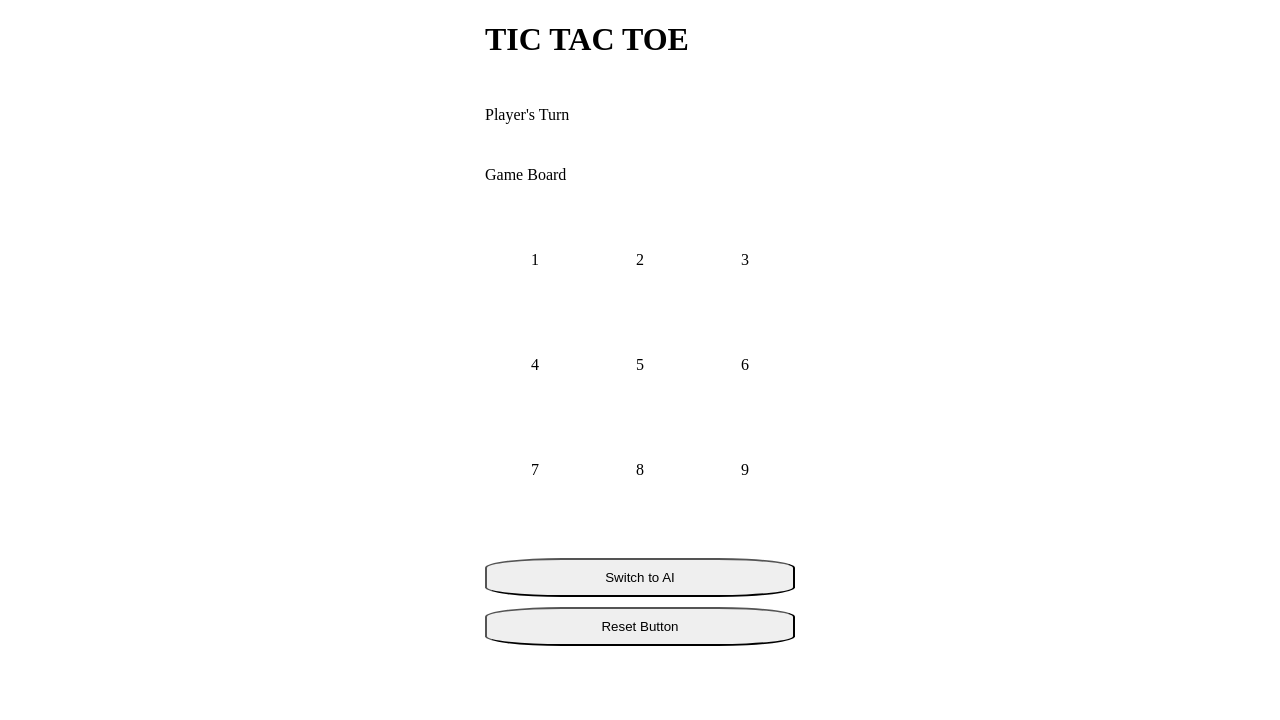
Repository: Yash19075/TicTacToe-game
Page: TicTacToe.html
An editor plug-in stored every save of this project. The page is shown before and after the next save, followed by the edit.
The browser window is 1280 px wide. The pictures show the whole page.

Above is the page before, as saved 2025-03-08 23:01:32.

### TicTacToe.html
<!DOCTYPE html>
<html lang="en">
<head>
    <meta charset="UTF-8">
    <meta name="viewport" content="width=device-width, initial-scale=1.0">
    <title>TicTacToe</title>
    <link rel="stylesheet" href="TicTacToe.css">
</head>
<body>
    <h1>TIC TAC TOE</h1>

    <p>Player's Turn</p>

    <p>Game Board</p>
    <div class="css-board">
        <div class="css-cell">1</div>
        <div class="css-cell">2</div>
        <div class="css-cell">3</div>
        <div class="css-cell">4</div>
        <div class="css-cell">5</div>
        <div class="css-cell">6</div>
        <div class="css-cell">7</div>
        <div class="css-cell">8</div>
        <div class="css-cell">9</div>
    </div>
    <br>
    <button class="css-switchButton">Switch to AI</button>
    <button class="css-resetButton">Reset Button</button>
</body>
</html>

### TicTacToe.css
body {
    justify-content: center;
    align-items: center;
    display: grid;
    height: 100px;
    margin: 0;
    gap: 10px;
}

.css-board {
    display: grid;
    grid-template-columns: repeat(3, 100px);
    grid-template-rows: repeat(3, 100px);
    gap: 5px;
    align-items: center;
}

.css-board div {
    display: flex;
    justify-content: center;
    align-items: center;
}

.css-switchButton {
    padding: 10px 20px;
    border-radius: 25%;
}

.css-resetButton {
    padding: 10px 20px;
    border-radius: 25%;
}

After the next save:
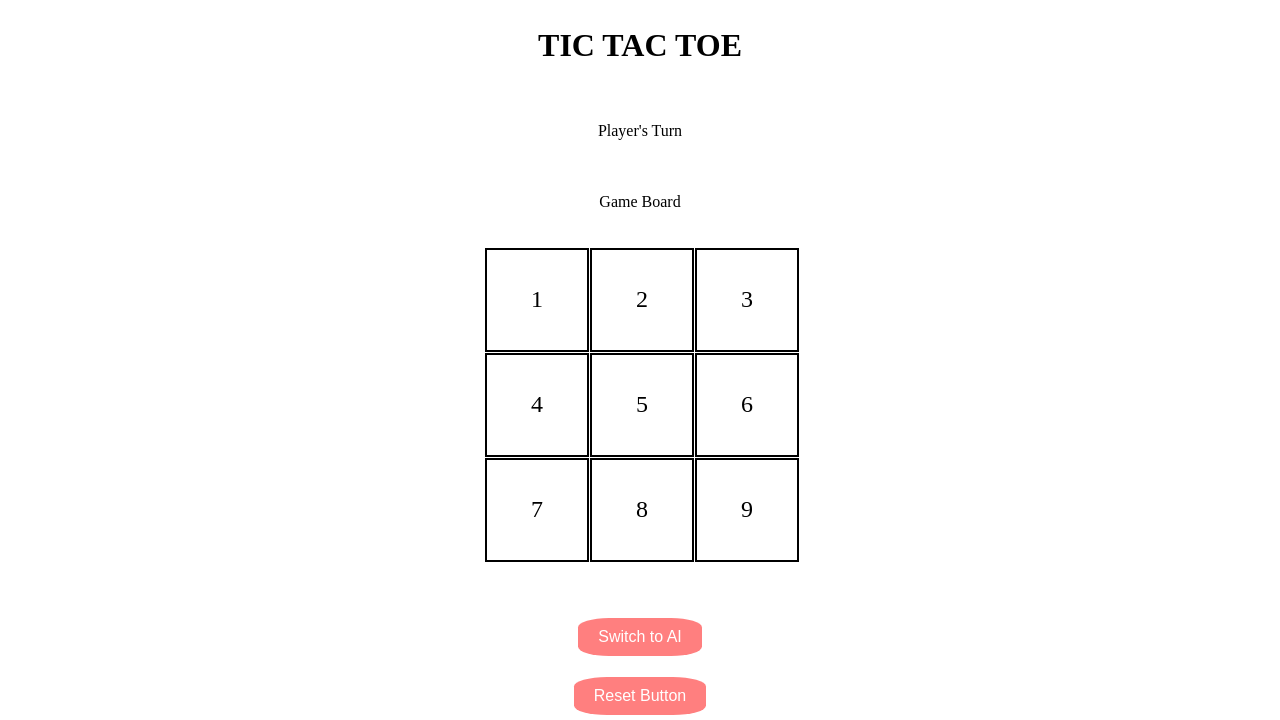
Saved 65 s later.
--- a/TicTacToe.css
+++ b/TicTacToe.css
@@ -1,8 +1,7 @@
 body {
-    justify-content: center;
-    align-items: center;
     display: grid;
-    height: 100px;
+    place-items: center;
+    height: 100vh; /* Full viewport height */
     margin: 0;
     gap: 10px;
 }
@@ -12,21 +11,30 @@ body {
     grid-template-columns: repeat(3, 100px);
     grid-template-rows: repeat(3, 100px);
     gap: 5px;
-    align-items: center;
 }
 
 .css-board div {
     display: flex;
     justify-content: center;
     align-items: center;
+    border: 2px solid black; /* Add borders to create Tic-Tac-Toe lines */
+    font-size: 24px; /* Make X and O bigger */
+    width: 100px; /* Ensure uniform size */
+    height: 100px;
 }
 
-.css-switchButton {
+.css-switchButton, .css-resetButton {
     padding: 10px 20px;
     border-radius: 25%;
+    cursor: pointer;
+    font-size: 16px;
+    border: none;
+    background-color: #ff7f7f; /* Light red shade */
+    color: white;
+    transition: transform 0.2s ease-in-out, background-color 0.3s;
 }
 
-.css-resetButton {
-    padding: 10px 20px;
-    border-radius: 25%;
+.css-switchButton:hover, .css-resetButton:hover {
+    background-color: #ff5252; /* Darker red on hover */
+    transform: scale(1.1);
 }
